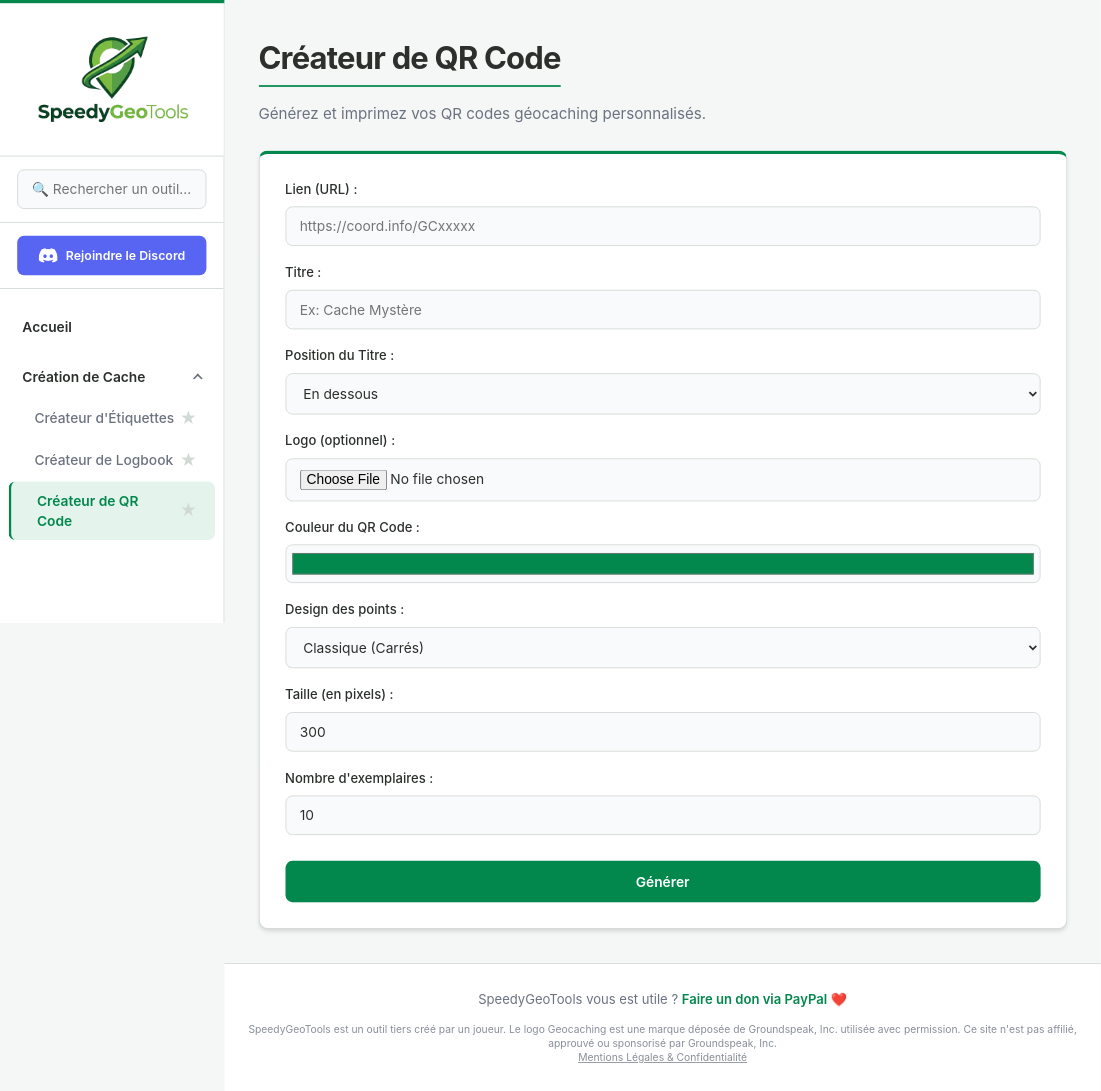
Repository: rodafux/SpeedyGeoTools
Page: fr/qrcode.html
The author's editor kept a copy of each file at every save. The page is drawn from the files as they stood at one save, then again after the next save.
The browser window is 1280 px wide. The pictures show the whole page, at 86% of full size.

Above is the page before, as saved 2026-04-12 04:32:27.

### fr/qrcode.html
<!DOCTYPE html>
<html lang="fr">
<head>
    <meta charset="UTF-8">
    <meta name="viewport" content="width=device-width, initial-scale=1.0">
    <title>Créateur de QR Code - SpeedyGeoTools</title>
    <link rel="stylesheet" href="../css/style.css">
    <link rel="stylesheet" href="../css/print.css" media="print">
    <link rel="icon" type="image/png" href="../favicon.png">

    <script src="https://cdn.jsdelivr.net/npm/easyqrcodejs@4.6.2/dist/easy.qrcode.min.js"></script>
</head>
<body>
    <div class="app-sidebar no-print">
        <div class="sidebar-header">
            <a href="index.html" class="sidebar-brand">
                <img src="../logo.png" alt="SpeedyGeoTools" class="brand-logo">
            </a>
            <button class="mobile-menu-toggle" onclick="toggleMobileMenu()">☰</button>
        </div>
        <div class="sidebar-content" id="sidebarContent">
            <div class="search-container">
                <input type="text" id="toolSearch" placeholder="🔍 Rechercher un outil..." onkeyup="filterTools()">
            </div>
            <div class="sidebar-discord">
                <a href="https://discord.gg/7D9yHJCKaA" target="_blank">
                    <svg viewBox="0 0 127.14 96.36" width="22" height="22" fill="currentColor"><path d="M107.7,8.07A105.15,105.15,0,0,0,81.47,0a72.06,72.06,0,0,0-3.36,6.83A97.68,97.68,0,0,0,49,6.83,72.37,72.37,0,0,0,45.64,0,105.89,105.89,0,0,0,19.39,8.09C2.79,32.65-1.71,56.6.54,80.21h0A105.73,105.73,0,0,0,32.71,96.36,77.7,77.7,0,0,0,39.6,85.25a68.42,68.42,0,0,1-10.85-5.18c.91-.66,1.8-1.34,2.66-2a75.57,75.57,0,0,0,64.32,0c.87.71,1.76,1.39,2.66,2a68.68,68.68,0,0,1-10.87,5.19,77,77,0,0,0,6.89,11.1A105.25,105.25,0,0,0,126.6,80.22h0C129.24,52.84,122.09,29.11,107.7,8.07ZM42.45,65.69C36.18,65.69,31,60,31,53s5-12.74,11.43-12.74S54,46,53.89,53,48.84,65.69,42.45,65.69Zm42.24,0C78.41,65.69,73.31,60,73.31,53s5-12.74,11.43-12.74S96.33,46,96.22,53,91.08,65.69,84.69,65.69Z"/></svg>
                    <span>Rejoindre le Discord</span>
                </a>
            </div>
            <div class="sidebar-nav">
                <a href="index.html">Accueil</a>
                <details open>
                    <summary>Création de Cache</summary>
                    <a href="labels.html">Créateur d'Étiquettes</a>
                    <a href="logbook.html">Créateur de Logbook</a>
                    <a href="qrcode.html" class="active">Créateur de QR Code</a>
                </details>
            </div>
        </div>
    </div>

    <main class="app-content">
        <div class="container no-print">
            <h1>Créateur de QR Code</h1>
            <p class="subtitle">Générez et imprimez vos QR codes géocaching personnalisés.</p>

            <div class="main-layout">
                <div class="controls-panel">
                    <div class="form-group">
                        <label for="qrUrl">Lien (URL) :</label>
                        <input type="url" id="qrUrl" placeholder="https://coord.info/GCxxxxx" required>
                    </div>

                    <div class="form-group">
                        <label for="qrTitle">Titre :</label>
                        <input type="text" id="qrTitle" placeholder="Ex: Cache Mystère">
                    </div>

                    <div class="form-group">
                        <label for="qrTitlePos">Position du Titre :</label>
                        <select id="qrTitlePos">
                            <option value="bottom">En dessous</option>
                            <option value="top">Au-dessus</option>
                        </select>
                    </div>

                    <div class="form-group">
                        <label for="qrLogo">Logo (optionnel) :</label>
                        <input type="file" id="qrLogo" accept="image/png, image/jpeg">
                    </div>

                    <div class="form-group">
                        <label for="qrColor">Couleur du QR Code :</label>
                        <input type="color" id="qrColor" value="#02874D">
                    </div>

                    <div class="form-group">
                        <label for="qrDesign">Design des points :</label>
                        <select id="qrDesign">
                            <option value="standard">Classique (Carrés)</option>
                            <option value="rounded">Arrondis</option>
                        </select>
                    </div>

                    <div class="form-group">
                        <label for="qrSize">Taille (en pixels) :</label>
                        <input type="number" id="qrSize" value="300" min="100" max="1000">
                    </div>

                    <div class="form-group">
                        <label for="qrQuantity">Nombre d'exemplaires :</label>
                        <input type="number" id="qrQuantity" value="10" min="1" max="100">
                    </div>

                    <div style="display:flex; gap:10px;">
                        <button id="generateBtn">Générer</button>
                        <button id="printBtn" class="btn-secondary" style="display:none;">Imprimer PDF</button>
                    </div>
                </div>

                <div class="preview-panel" id="previewPanel" style="display:none; flex:1;">
                    <div class="widget-container" style="margin-top: 0; height: 100%;">
                        <h2>Prévisualisation</h2>
                        <div id="singlePreview" style="margin: auto; padding-top: 20px;">
                        </div>
                    </div>
                </div>
            </div>
        </div>

        <div id="printContainer" class="print-only">
        </div>

        <footer class="site-footer no-print">
            <p>SpeedyGeoTools vous est utile ? <a href="https://paypal.me/JulienPorcher" target="_blank" rel="noopener noreferrer">Faire un don via PayPal</a> ❤️</p>
            <p class="disclaimer">
                SpeedyGeoTools est un outil tiers créé par un joueur. Le logo Geocaching est une marque déposée de Groundspeak, Inc. utilisée avec permission. Ce site n'est pas affilié, approuvé ou sponsorisé par Groundspeak, Inc.<br>
                <a href="legal.html">Mentions Légales & Confidentialité</a>
            </p>
        </footer>
    </main>

    <script src="../js/main.js"></script>
    <script src="../js/qrcode.js"></script>
</body>
</html>

### css/print.css
@media print {
    @page { size: A4 portrait; margin: 0; }
    body { background: white; padding: 0; margin: 0; color: black; font-family: sans-serif; display: block; }
    body > * { display: none !important; }
    body > #render-area { display: block !important; width: 100%; }
    .a4-page { width: 210mm; height: 297mm; padding: 10mm 15mm; box-sizing: border-box; display: flex; justify-content: center; break-after: page; }
    .a4-page:last-child { page-break-after: auto; break-after: auto; }
    .log-strip { height: 100%; border: 1px solid #000; border-left: none; box-sizing: border-box; display: flex; flex-direction: column; overflow: hidden; }
    .log-strip:first-child { border-left: 1px solid #000; }
    .staple-area { min-height: 10mm; border-bottom: 1px dashed #999; }
    .official-logo-box { text-align: center; padding: 5mm 0; border-bottom: 1px solid #000; }
    .official-logo-box img { width: 20mm; height: auto; }
    .official-logo-box div { font-size: 7px; font-weight: bold; margin-top: 2px; }
    .strip-logo { width: 100%; max-height: 25mm; object-fit: contain; margin: 4mm 0; padding: 0 2mm; box-sizing: border-box; display: block; }
    .logo-container { border-bottom: 1px solid #000; }
    .created-on { text-align: center; font-size: 9px; font-weight: bold; background-color: #000 !important; color: #FFF !important; padding: 4px 1mm; border-bottom: 1px solid #000; text-transform: uppercase; letter-spacing: 0.3px; -webkit-print-color-adjust: exact; print-color-adjust: exact; }
    .cache-info { text-align: center; padding: 4px 3mm 4px 5mm; border-bottom: 1px solid #000; font-size: 10px; }
    .cache-info strong { font-size: 11px; display: block; }
    .emergency-box { padding: 6px 3mm 6px 5mm; border-bottom: 1px solid #000; font-size: 8px; line-height: 1.6; }
    .emergency-box strong { display: block; text-align: center; font-size: 10px; margin-bottom: 4px; }
    .warning-text { font-size: 6.5px; padding: 4px 3mm 4px 5mm; text-align: justify; line-height: 1.2; border-bottom: 1px solid #000; }
    .warning-text strong { display: block; text-align: center; margin-bottom: 3px; font-size: 7.5px; }
    .warning-text ul { padding-left: 8px; margin: 3px 0; }
    .qr-box { padding: 4px 3mm 4px 5mm; text-align: center; border-bottom: 1px solid #000; }
    .qr-title { font-size: 7px; font-weight: bold; margin-bottom: 2px; }
    .qr-warn { font-size: 6px; margin-top: 2px; color: #333; }
    .podium-box { display: flex; flex-direction: column; border-bottom: 1px solid #000; }
    .podium-stamp { border-bottom: 1px dotted #888; display: flex; flex-direction: column; padding: 2px 2px 2px 5mm; box-sizing: border-box; }
    .podium-stamp.with-tampon { min-height: 35mm; }
    .podium-stamp:last-child { border-bottom: none; }
    .podium-header { display: flex; flex-wrap: wrap; align-items: center; gap: 3px; font-size: 7px; color: #333; margin-bottom: 2mm; }
    .podium-title { font-weight: bold; font-size: 10px; color: #000; margin-right: 2px; }
    .podium-input-date { font-style: italic; }
    .podium-input-pseudo { font-style: italic; flex-grow: 1; }
    .podium-tampon { flex-grow: 1; display: flex; align-items: center; justify-content: center; font-size: 10px; color: #aaa; text-transform: uppercase; letter-spacing: 1px; border: 1px dotted #ccc; }
    .logs-container { flex-grow: 1; display: flex; flex-direction: column; }
    .log-row { flex: 1; border-bottom: 1px solid #ccc; box-sizing: border-box; display: flex; }
    .log-row:last-child { border-bottom: none; }
    .staple-spacer { border-bottom: 1px solid #ccc; }
    .log-date { width: 10mm; border-right: 1px dotted #ccc; font-size: 7px; padding: 2px 2px 2px 3mm; color: #666; box-sizing: border-box; }
    .log-name { flex-grow: 1; font-size: 7px; padding: 2px 2px 2px 2mm; color: #666; box-sizing: border-box; }
}

Loaded but not shown: js/main.js (199 lines, source omitted); js/qrcode.js (161 lines, source omitted); js/sidebar.js (51 lines, source omitted); css/style.css (209 lines, source omitted)

After the next save:
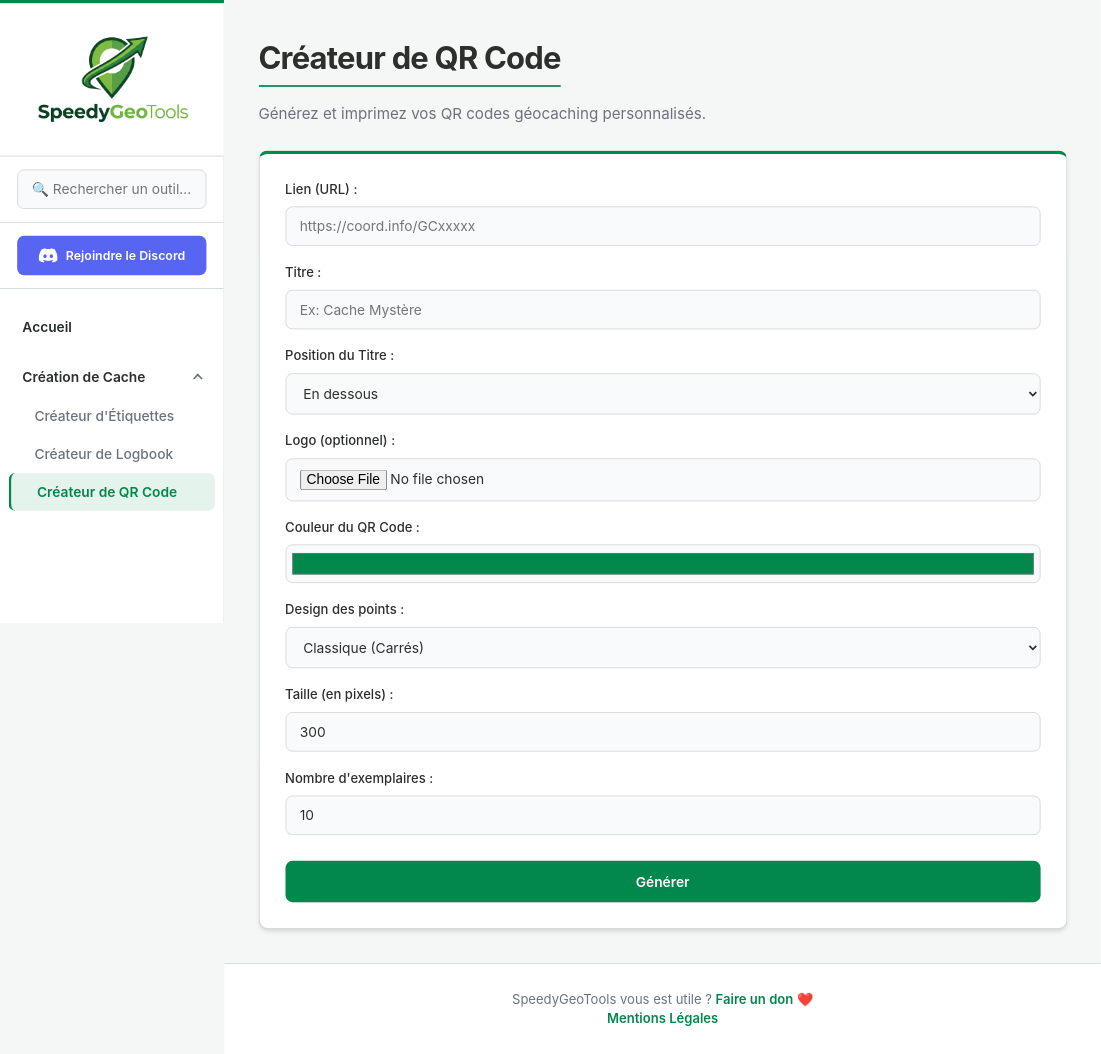
Saved 7 s later.
--- a/fr/qrcode.html
+++ b/fr/qrcode.html
@@ -7,38 +7,10 @@
     <link rel="stylesheet" href="../css/style.css">
     <link rel="stylesheet" href="../css/print.css" media="print">
     <link rel="icon" type="image/png" href="../favicon.png">
-
     <script src="https://cdn.jsdelivr.net/npm/easyqrcodejs@4.6.2/dist/easy.qrcode.min.js"></script>
 </head>
 <body>
-    <div class="app-sidebar no-print">
-        <div class="sidebar-header">
-            <a href="index.html" class="sidebar-brand">
-                <img src="../logo.png" alt="SpeedyGeoTools" class="brand-logo">
-            </a>
-            <button class="mobile-menu-toggle" onclick="toggleMobileMenu()">☰</button>
-        </div>
-        <div class="sidebar-content" id="sidebarContent">
-            <div class="search-container">
-                <input type="text" id="toolSearch" placeholder="🔍 Rechercher un outil..." onkeyup="filterTools()">
-            </div>
-            <div class="sidebar-discord">
-                <a href="https://discord.gg/7D9yHJCKaA" target="_blank">
-                    <svg viewBox="0 0 127.14 96.36" width="22" height="22" fill="currentColor"><path d="M107.7,8.07A105.15,105.15,0,0,0,81.47,0a72.06,72.06,0,0,0-3.36,6.83A97.68,97.68,0,0,0,49,6.83,72.37,72.37,0,0,0,45.64,0,105.89,105.89,0,0,0,19.39,8.09C2.79,32.65-1.71,56.6.54,80.21h0A105.73,105.73,0,0,0,32.71,96.36,77.7,77.7,0,0,0,39.6,85.25a68.42,68.42,0,0,1-10.85-5.18c.91-.66,1.8-1.34,2.66-2a75.57,75.57,0,0,0,64.32,0c.87.71,1.76,1.39,2.66,2a68.68,68.68,0,0,1-10.87,5.19,77,77,0,0,0,6.89,11.1A105.25,105.25,0,0,0,126.6,80.22h0C129.24,52.84,122.09,29.11,107.7,8.07ZM42.45,65.69C36.18,65.69,31,60,31,53s5-12.74,11.43-12.74S54,46,53.89,53,48.84,65.69,42.45,65.69Zm42.24,0C78.41,65.69,73.31,60,73.31,53s5-12.74,11.43-12.74S96.33,46,96.22,53,91.08,65.69,84.69,65.69Z"/></svg>
-                    <span>Rejoindre le Discord</span>
-                </a>
-            </div>
-            <div class="sidebar-nav">
-                <a href="index.html">Accueil</a>
-                <details open>
-                    <summary>Création de Cache</summary>
-                    <a href="labels.html">Créateur d'Étiquettes</a>
-                    <a href="logbook.html">Créateur de Logbook</a>
-                    <a href="qrcode.html" class="active">Créateur de QR Code</a>
-                </details>
-            </div>
-        </div>
-    </div>
+    <div id="sidebar-placeholder"></div>
 
     <main class="app-content">
         <div class="container no-print">
@@ -51,12 +23,10 @@
                         <label for="qrUrl">Lien (URL) :</label>
                         <input type="url" id="qrUrl" placeholder="https://coord.info/GCxxxxx" required>
                     </div>
-
                     <div class="form-group">
                         <label for="qrTitle">Titre :</label>
                         <input type="text" id="qrTitle" placeholder="Ex: Cache Mystère">
                     </div>
-
                     <div class="form-group">
                         <label for="qrTitlePos">Position du Titre :</label>
                         <select id="qrTitlePos">
@@ -64,17 +34,14 @@
                             <option value="top">Au-dessus</option>
                         </select>
                     </div>
-
                     <div class="form-group">
                         <label for="qrLogo">Logo (optionnel) :</label>
                         <input type="file" id="qrLogo" accept="image/png, image/jpeg">
                     </div>
-
                     <div class="form-group">
                         <label for="qrColor">Couleur du QR Code :</label>
                         <input type="color" id="qrColor" value="#02874D">
                     </div>
-
                     <div class="form-group">
                         <label for="qrDesign">Design des points :</label>
                         <select id="qrDesign">
@@ -82,17 +49,14 @@
                             <option value="rounded">Arrondis</option>
                         </select>
                     </div>
-
                     <div class="form-group">
                         <label for="qrSize">Taille (en pixels) :</label>
                         <input type="number" id="qrSize" value="300" min="100" max="1000">
                     </div>
-
                     <div class="form-group">
                         <label for="qrQuantity">Nombre d'exemplaires :</label>
                         <input type="number" id="qrQuantity" value="10" min="1" max="100">
                     </div>
-
                     <div style="display:flex; gap:10px;">
                         <button id="generateBtn">Générer</button>
                         <button id="printBtn" class="btn-secondary" style="display:none;">Imprimer PDF</button>
@@ -102,26 +66,22 @@
                 <div class="preview-panel" id="previewPanel" style="display:none; flex:1;">
                     <div class="widget-container" style="margin-top: 0; height: 100%;">
                         <h2>Prévisualisation</h2>
-                        <div id="singlePreview" style="margin: auto; padding-top: 20px;">
-                        </div>
+                        <div id="singlePreview" style="margin: auto; padding-top: 20px;"></div>
                     </div>
                 </div>
             </div>
         </div>
 
-        <div id="printContainer" class="print-only">
-        </div>
+        <div id="printContainer" class="print-only"></div>
 
         <footer class="site-footer no-print">
-            <p>SpeedyGeoTools vous est utile ? <a href="https://paypal.me/JulienPorcher" target="_blank" rel="noopener noreferrer">Faire un don via PayPal</a> ❤️</p>
-            <p class="disclaimer">
-                SpeedyGeoTools est un outil tiers créé par un joueur. Le logo Geocaching est une marque déposée de Groundspeak, Inc. utilisée avec permission. Ce site n'est pas affilié, approuvé ou sponsorisé par Groundspeak, Inc.<br>
-                <a href="legal.html">Mentions Légales & Confidentialité</a>
-            </p>
+            <p>SpeedyGeoTools vous est utile ? <a href="https://paypal.me/JulienPorcher" target="_blank">Faire un don</a> ❤️</p>
+            <a href="legal.html">Mentions Légales</a>
         </footer>
     </main>
 
     <script src="../js/main.js"></script>
+    <script src="../js/sidebar.js"></script>
     <script src="../js/qrcode.js"></script>
 </body>
 </html>
